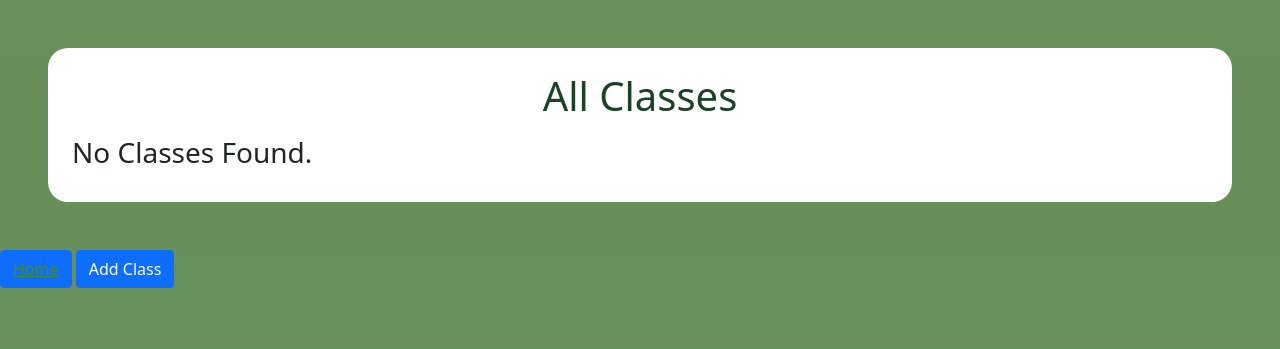
Repository: ronetteguevara/CalTech-ZumbaApp
Page: http://localhost/ZumbaApp/ViewClasses.jsp
The author's editor kept a copy of each file at every save. The page is drawn from the files as they stood at one save, then again after the next save.
The browser window is 1280 px wide. The pictures show the whole page.
The page is served by Tomcat 10. Other server files are loaded and not shown. Queries for data that is not in the repository find no rows.

Above is the page before, as saved 2024-05-03 02:07:34.

### ZumbaApp/ZumbaApp/src/main/webapp/ViewClasses.jsp
<%@ page contentType="text/html;charset=UTF-8" language="java" %>
<%@ page import="java.util.ArrayList, com.zumbaapp.servlet.db.DB, com.zumbaapp.servlet.model.Classes" %>
<html>
<head>
    <title>All Classes</title>
<link rel="stylesheet" href="css/bootstrap.css"></link>
<link rel="stylesheet" href="style.css"></link>
</head>
<body class="gradient-background justify-content-center">

        <div class="my-4 d-flex justify-content-center col-xl-12 col-lg-12 col-md-12 col-sm-12 col-12">
        <div class="container-fluid my-4 mx-5 px-4 py-4 justify-content-center" style="background-color: white; border-radius: 20px;">
        <h1 class="mb-3" style="text-align: center;">All Classes</h1>

        <%
            DB db = new DB();
            ArrayList<Classes> zumbaClasses = db.fetchAllClasses();
            db.closeConnection();

            if (zumbaClasses != null && zumbaClasses.size() > 0) {
                out.print("<table class='table table-hover'>");
                out.print("<thead>");
                out.print("<tr>");
                out.print("<th scope='col'>ID</th>");
                out.print("<th scope='col'>Name</th>");
                out.print("<th scope='col'>Session</th>");
                out.print("<th scope='col'>Date</th>");
                out.print("<th scope='col'>Start Time</th>");
                out.print("<th scope='col'>End Time</th>");
                out.print("<th scope='col'>Location</th>");
                out.print("<th scope='col'>Actions</th>");
                out.print("</tr>");
                out.print("</thead>");
                out.print("<tbody>");


                for (Classes classes : zumbaClasses) {
                    out.print("<tr>");
                    out.print("<td>" + classes.id + "</td>");
                    out.print("<td>" + classes.name + "</td>");
                    out.print("<td>" + classes.session + "</td>");
                    out.print("<td>" + classes.date + "</td>");
                    out.print("<td>" + classes.startTime + "</td>");
                    out.print("<td>" + classes.endTime + "</td>");
                    out.print("<td>" + classes.location + "</td>");
                    out.print("<td><a href='DeleteClasses?id=" + classes.id + "'>Delete</a> | <a href='EditClass.jsp?id=" + classes.id + "'>Edit</a></td>");
                    out.print("</tr>");
                }
                out.print("</tbody>");
                out.print("</table>");
            } else {
                out.print("<h3>No Classes Found.</h3>");
            }

            out.print("</div>");
            out.print("</div>");
        %>

        <button type="button" class="btn btn-primary"><a href="Home">Home</a></button>
        <button type="button" class="btn btn-primary"><a hred="add-class.html">Add Class</a></button>

</body>
</html>

### ZumbaApp/ZumbaApp/src/main/java/com/zumbaapp/servlet/db/DB.java
package com.zumbaapp.servlet.db;

import java.sql.Connection;
import java.sql.DriverManager;
import java.sql.PreparedStatement;
import java.sql.ResultSet;
import java.util.ArrayList;

import com.zumbaapp.servlet.model.Classes;
import com.zumbaapp.servlet.model.Participant;

public class DB {

		Connection connection;
		PreparedStatement preparedStatement;

		public DB() {
			try {
				Class.forName("com.mysql.cj.jdbc.Driver");
				System.out.println("[DB] Driver Loaded");

				connection = DriverManager.getConnection("jdbc:mysql://127.0.0.1:3306/zumba_management", "root", "201155876");
				System.out.println("[DB] Connection created");
			}
			catch(Exception e) {
				System.out.println("Something went wrong: " + e);
			}
		}

		public void closeConnection() {
			try {
				connection.close();
				System.out.println("[DB] Connection to DB closed");
			}
			catch(Exception e) {
				System.out.println("Something went wrong: " + e);
			}
		}

		public int addClasses(Classes classes) {
			int result = 0;

			try {
			String sql = "INSERT INTO Classes VALUES (null, ?, ?, ?, ?, ?, ?)";
			preparedStatement = connection.prepareStatement(sql);
			preparedStatement.setString(1, classes.name);
			preparedStatement.setString(2, classes.session);
			preparedStatement.setString(3, classes.date);
			preparedStatement.setString(4, classes.startTime);
			preparedStatement.setString(5, classes.endTime);
			preparedStatement.setString(6, classes.location);

			result = preparedStatement.executeUpdate();

			}
			catch(Exception e) {
				System.out.println("Something went wrong: " + e);
			}
			return result;
		}

		public int addParticipant(Participant participant) {
			int result = 0;

			try {
			String sql = "INSERT INTO Participant VALUES (null, ?, ?, ?, ?, ?)";
			preparedStatement = connection.prepareStatement(sql);
			preparedStatement.setString(1, participant.firstName);
			preparedStatement.setString(2, participant.lastName);
			preparedStatement.setString(3, participant.email);
			preparedStatement.setString(4, participant.phone);
			preparedStatement.setString(5, participant.zumbaClass);

			result = preparedStatement.executeUpdate();

			}
			catch(Exception e) {
				System.out.println("Something went wrong: " + e);
			}
			return result;
		}

		public ArrayList<Classes> fetchAllClasses() {
			ArrayList<Classes> zumbaClasses = new ArrayList<>();
			try {
				String sql = "SELECT * FROM Classes";
				preparedStatement = connection.prepareStatement(sql);

				ResultSet set = preparedStatement.executeQuery();

				while(set.next()) {
					Classes classes = new Classes();
					classes.id = set.getInt(1);
					classes.name = set.getString(2);
					classes.session = set.getString(3);
					classes.date = set.getString(4);
					classes.startTime = set.getString(5);
					classes.endTime = set.getString(6);
					classes.location = set.getString(7);

					zumbaClasses.add(classes);

				}
			}
			catch(Exception e) {
				System.out.println("Something went wrong: " + e);

			}
			return zumbaClasses;
		}

		public ArrayList<Participant> fetchAllParticipants() {
			ArrayList<Participant> zumbaParticipants = new ArrayList<>();
			try {
				String sql = "SELECT * FROM Participant";
				preparedStatement = connection.prepareStatement(sql);

				ResultSet set = preparedStatement.executeQuery();

				while(set.next()) {
					Participant participant = new Participant();
					participant.id = set.getInt(1);
					participant.firstName = set.getString(2);
					participant.lastName = set.getString(3);
					participant.email = set.getString(4);
					participant.phone = set.getString(5);
					participant.zumbaClass = set.getString(6);

					zumbaParticipants.add(participant);
				}
			}
			catch(Exception e) {
				System.out.println("Something went wrong: " + e);

			}
			return zumbaParticipants;
		}

		public int deleteClasses(int id) {
			int result = 0;
			try {
				String sql = "DELETE FROM Classes WHERE id=?";
				preparedStatement = connection.prepareStatement(sql);
				preparedStatement.setInt(1, id);

				preparedStatement.executeUpdate();

				result = preparedStatement.executeUpdate();

			}
			catch(Exception e) {
				System.out.println("Something went wrong: " + e);
			}
			return result;
	}

		public int deleteParticipant(int id) {
			int result = 0;
			try {
				String sql = "DELETE FROM Participant WHERE id=?";
				preparedStatement = connection.prepareStatement(sql);
				preparedStatement.setInt(1, id);

				preparedStatement.executeUpdate();

				result = preparedStatement.executeUpdate();

			}
			catch(Exception e) {
				System.out.println("Something went wrong: " + e);
			}
			return result;
	}

		public Classes fetchClass(int id) {

			Classes classes = new Classes();

			try {
				String sql = "SELECT * FROM Classes WHERE id=?";
				preparedStatement = connection.prepareStatement(sql);
				preparedStatement.setInt(1, id);

				ResultSet set = preparedStatement.executeQuery();

				while(set.next()) {
					classes.id = set.getInt(1);
					classes.name = set.getString(2);
					classes.session = set.getString(3);
					classes.date = set.getString(4);
					classes.startTime = set.getString(5);
					classes.endTime = set.getString(6);
					classes.location = set.getString(7);
				}
			}
			catch(Exception e) {
				System.out.println("Something went wrong: " + e);

			}
			return classes;
		}

		public Participant fetchParticipant(int id) {
			Participant participant = new Participant();
			try {
				String sql = "SELECT * FROM Participant WHERE id=?";
				preparedStatement = connection.prepareStatement(sql);
				preparedStatement.setInt(1, id);

				ResultSet set = preparedStatement.executeQuery();

				while(set.next()) {
					participant.id = set.getInt(1);
					participant.firstName = set.getString(2);
					participant.lastName = set.getString(3);
					participant.email = set.getString(4);
					participant.phone = set.getString(5);
					participant.zumbaClass = set.getString(6);
				}
			}
			catch(Exception e) {
				System.out.println("Something went wrong: " + e);

			}
			return participant;
		}

		public int saveClasses (Classes classes) {
			int result = 0;

			try {
				String sql = "UPDATE Classes SET name = ?, session = ?, date = ?, startTime = ?, endTime = ?, location = ? WHERE id=?";
				preparedStatement = connection.prepareStatement(sql);
				preparedStatement.setString(1, classes.name);
				preparedStatement.setString(2, classes.session);
				preparedStatement.setString(3, classes.date);
				preparedStatement.setString(4, classes.startTime);
				preparedStatement.setString(5, classes.endTime);
				preparedStatement.setString(6, classes.location);
				preparedStatement.setInt(7, classes.id);

				result = preparedStatement.executeUpdate();

			}
			catch(Exception e) {
				System.out.println("Something went wrong: " + e);
			}

			return result;
		}

		public int saveParticipant (Participant participant) {
			int result = 0;

			try {
				String sql = "UPDATE Participant SET firstName = ?, lastName = ?, email = ?, phone = ?, zumbaClass = ? WHERE id=?";
				preparedStatement = connection.prepareStatement(sql);
				preparedStatement.setString(1, participant.firstName);
				preparedStatement.setString(2, participant.lastName);
				preparedStatement.setString(3, participant.email);
				preparedStatement.setString(4, participant.phone);
				preparedStatement.setString(5, participant.zumbaClass);
				preparedStatement.setInt(6, participant.id);

				result = preparedStatement.executeUpdate();

			}
			catch(Exception e) {
				System.out.println("Something went wrong: " + e);
			}

			return result;
		}

}

### ZumbaApp/ZumbaApp/src/main/webapp/style.css
@charset "UTF-8";

.button {
  background-color: #458933;
  border: none;
}

.button:hover {
  background-color: #82c360;
}

a {
  color: #458933;
}

a:hover {
 color: #82c360;
}

a:visited {
  color: #1a4324;
}

h1 {
	color: #1a4324;
}

footer {
	background-color: white;
}

.gradient-background {
  background: linear-gradient(0deg, #74d3ae, #678d58, #a6c48a);
  background-size: 1000% 1000%;

  -webkit-animation: AnimationName 8s ease infinite;
  -moz-animation: AnimationName 8s ease infinite;
  animation: AnimationName 8s ease infinite;
}

@-webkit-keyframes AnimationName {
  0%{background-position:0% 35%}
  50%{background-position:100% 66%}
  100%{background-position:0% 35%}
}
@-moz-keyframes AnimationName {
  0%{background-position:0% 35%}
  50%{background-position:100% 66%}
  100%{background-position:0% 35%}
}
@keyframes AnimationName {
  0%{background-position:0% 35%}
  50%{background-position:100% 66%}
  100%{background-position:0% 35%}

}

Loaded but not shown: ZumbaApp/ZumbaApp/src/main/webapp/css/bootstrap.css (library)

After the next save:
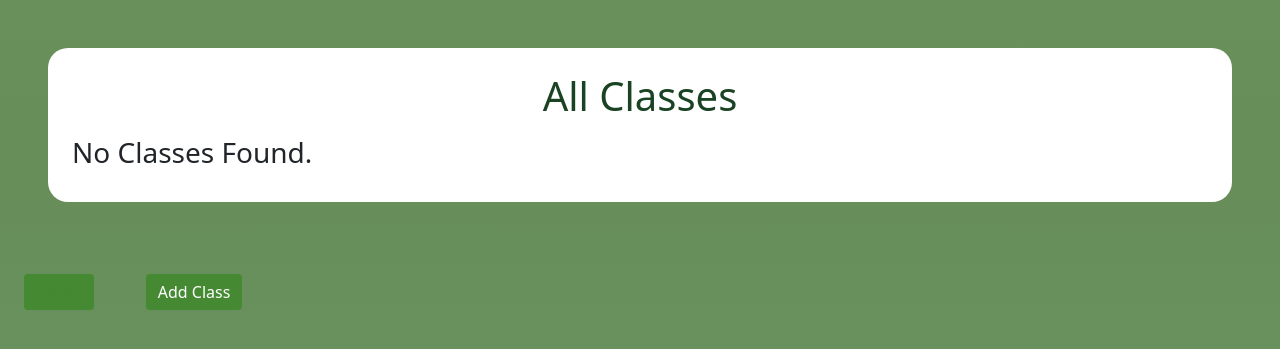
Saved 51 s later.
--- a/ZumbaApp/ZumbaApp/src/main/webapp/ViewClasses.jsp
+++ b/ZumbaApp/ZumbaApp/src/main/webapp/ViewClasses.jsp
@@ -56,8 +56,8 @@
             out.print("</div>");
         %>
 
-        <button type="button" class="btn btn-primary"><a href="Home">Home</a></button>
-        <button type="button" class="btn btn-primary"><a hred="add-class.html">Add Class</a></button>
+        <button type="button" class="btn btn-primary button mx-4 my-4"><a href="Home">Home</a></button>
+        <button type="button" class="btn btn-primary button mx-4 my-4"><a hred="add-class.html">Add Class</a></button>
 
 </body>
 </html>
